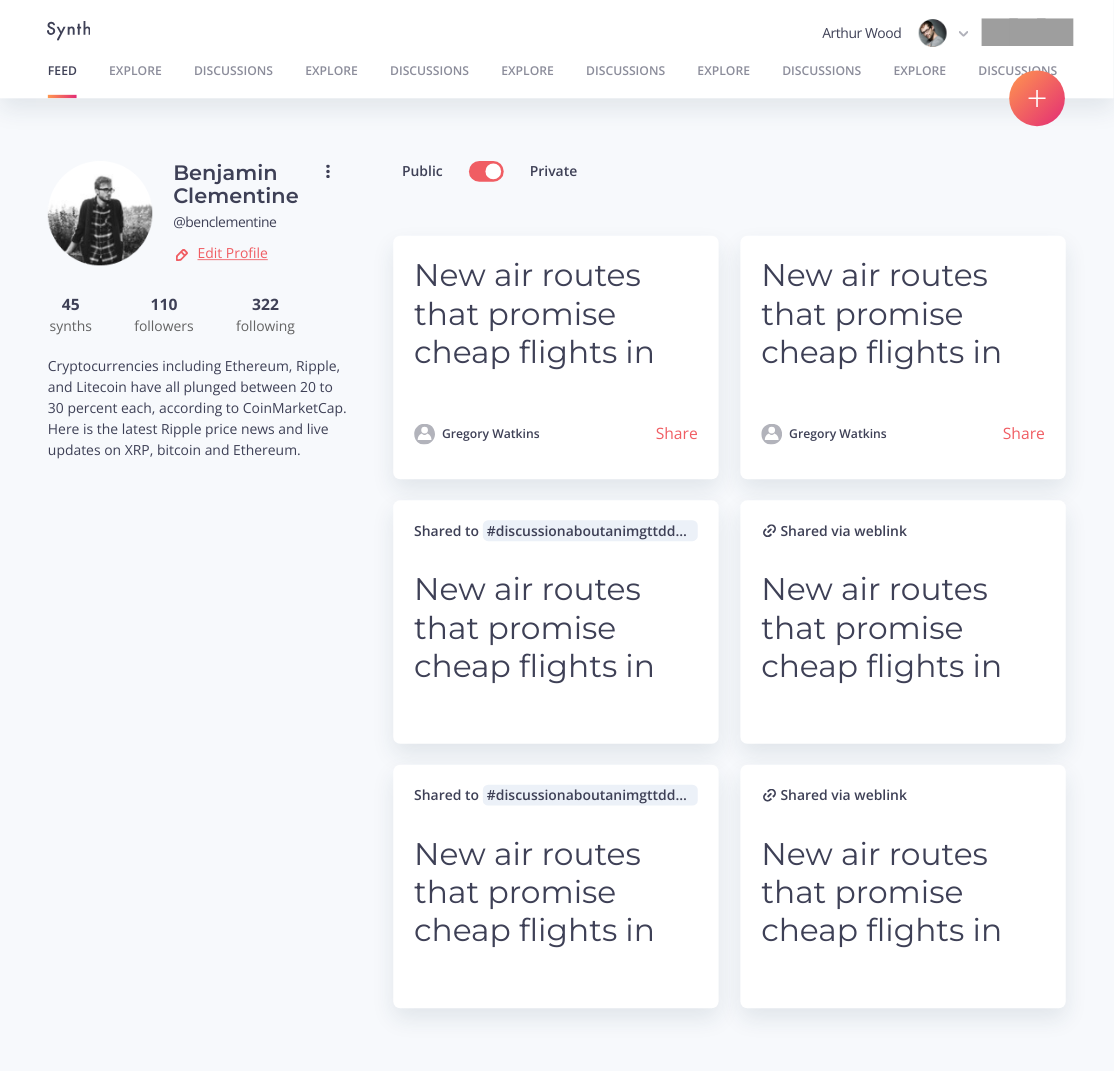
Repository: ecspetra/swivl-test-task
Page: index.html
The author's editor kept a copy of each file at every save. The page is drawn from the files as they stood at one save, then again after the next save.
The browser window is 1280 px wide. The pictures show the whole page, at 87% of full size.
Pictures or frames that could not be fetched are drawn as grey boxes. The style sheet was rebuilt from its Sass, Less or Tailwind sources for each picture, by a compiler version that may differ from the author's.

Above is the page before, as saved 2021-12-11 10:56:02.

### index.html
<!DOCTYPE html>
<html lang="en">

<head>
    <meta charset="UTF-8">
    <meta http-equiv="X-UA-Compatible" content="IE=edge">
    <meta name="viewport" content="width=device-width, initial-scale=1.0">
    <link rel="stylesheet" href="css/style.css">
    <link rel="preconnect" href="https://fonts.googleapis.com">
    <link rel="preconnect" href="https://fonts.gstatic.com" crossorigin>
    <link
        href="https://fonts.googleapis.com/css2?family=Montserrat:wght@400;600&family=Open+Sans:wght@400;600;700&display=swap"
        rel="stylesheet">
    <script src="https://code.jquery.com/jquery-3.6.0.min.js"
        integrity="sha256-/xUj+3OJU5yExlq6GSYGSHk7tPXikynS7ogEvDej/m4=" crossorigin="anonymous"></script>
    <title>Synth User Profile</title>
</head>

<body>
    <header>
        <div class="header">
            <div class="header__logo-wrapper">
                <img class="header__logo" src="img/synth-logotype.svg" alt="synth-logotype">
            </div>
            <div class="header__profile">
                <div class="header__user">
                    <p class="header__username">Arthur Wood</p>
                    <div class="header__avatar-wrapper">
                        <img class="header__avatar" src="img/header-avatar.png" alt="avatar">
                    </div>
                </div>
                <div class="header__icons">
                    <div class="header__icon-wrapper">
                        <img class="header__notifications-icon" src="img/notifications.svg" alt="notifications">
                    </div>
                    <div class="header__icon-wrapper">
                        <img class="header__share-icon" src="img/share.svg" alt="share">
                    </div>
                    <div class="header__icon-wrapper">
                        <img class="header__medium-icon" src="img/medium.svg" alt="medium">
                    </div>
                </div>
            </div>
            <div class="header__btn-wrapper">
                <button class="header__btn">
                    <img class="header__plus-icon" src="img/plus-icon.svg" alt="plus-btn">
                </button>
            </div>
        </div>
        <div class="header__navigation-wrapper">
            <nav class="header__navigation">
                <ul class="navigation-list">
                    <li><a href="#" class="navigation-list__item navigation-list__item__active">Feed</a></li>
                    <li><a href="#" class="navigation-list__item">Explore</a></li>
                    <li><a href="#" class="navigation-list__item">Discussions</a></li>
                    <li><a href="#" class="navigation-list__item">Explore</a></li>
                    <li><a href="#" class="navigation-list__item">Discussions</a></li>
                    <li><a href="#" class="navigation-list__item">Explore</a></li>
                    <li><a href="#" class="navigation-list__item">Discussions</a></li>
                    <li><a href="#" class="navigation-list__item">Explore</a></li>
                    <li><a href="#" class="navigation-list__item">Discussions</a></li>
                    <li><a href="#" class="navigation-list__item">Explore</a></li>
                    <li><a href="#" class="navigation-list__item">Discussions</a></li>
                </ul>
            </nav>
        </div>
    </header>
    <main>
        <section>
            <div class="profile">
                <div class="profile__user-details">
                    <div class="profile__general">
                        <div class="profile__avatar-wrapper">
                            <img class="profile__avatar" src="img/profile-avatar.png" alt="avatar">
                        </div>
                        <div class="profile__name-wrapper">
                            <h2 class="profile__name">Benjamin Clementine</h2>
                            <div class="profile__dots-wrapper">
                                <img class="profile__dots" src="img/dots.svg" alt="show-actions">
                                <div class="profile__dots-content-wrapper">
                                    <div class="profile__dots-content">
                                        <ul class="profile__dots-options-list">
                                            <li class="profile__dots-option-wrapper"><a class="profile__dots-option"
                                                    id="report-user" href="#">Report User</a></li>
                                            <li class="profile__dots-option-wrapper"><a class="profile__dots-option"
                                                    id="block-user" href="#">Block User</a></li>
                                        </ul>
                                    </div>
                                </div>

                            </div>
                        </div>
                        <p class="profile__instagram">@benclementine</p>
                        <div class="profile__edit-btn-wrapper">
                            <a class="profile__edit-btn" href="#">Edit Profile</a>
                        </div>
                    </div>
                    <div class="profile__statistics">
                        <p class="profile__synths"><span>45</span><br>synths</p>
                        <p class="profile__followers"><span>110</span><br>followers</p>
                        <p class="profile__following"><span>322</span><br>following</p>
                    </div>
                    <p class="profile__description">Cryptocurrencies including Ethereum, Ripple, and Litecoin have all
                        plunged between 20 to 30 percent each, according to CoinMarketCap. Here is the latest Ripple
                        price news and live updates on XRP, bitcoin and Ethereum.</p>
                </div>
                <div class="profile__switcher-wrapper">
                    <div class="profile__switcher">
                        <p class="profile__switcher-option off-option">Public</p>
                        <div class="switcher">
                            <label class="switcher__label">
                                <input class="switcher__checkbox" type="checkbox" checked>
                                <span class="switcher__slider"></span>
                            </label>
                        </div>
                        <p class="profile__switcher-option on-option">Private</p>
                    </div>
                </div>
                <div class="profile__cards-wrapper">
                    <article class="profile-card">
                        <h1 class="profile-card__headline">New air routes that promise cheap flights in</h1>
                        <div class="profile-card__bottom">
                            <div class="profile-card__author-wrapper">
                                <div class="profile-card__author-photo">
                                    <img class="profile-card__author" src="img/user-default.svg" alt="author">
                                </div>
                                <a class="profile-card__author-name" href="#">Gregory Watkins</a>
                            </div>
                            <div class="profile-card__actions-wrapper">
                                <div class="profile-card__share-wrapper">
                                    <a class="profile-card__share-link" href="#">Share</a>
                                </div>
                            </div>
                        </div>
                    </article>
                    <article class="profile-card">
                        <h1 class="profile-card__headline">New air routes that promise cheap flights in</h1>
                        <div class="profile-card__bottom">
                            <div class="profile-card__author-wrapper">
                                <div class="profile-card__author-photo">
                                    <img class="profile-card__author" src="img/user-default.svg" alt="author">
                                </div>
                                <a class="profile-card__author-name" href="#">Gregory Watkins</a>
                            </div>
                            <div class="profile-card__actions-wrapper">
                                <div class="profile-card__share-wrapper">
                                    <a class="profile-card__share-link" href="#">Share</a>
                                </div>
                            </div>
                        </div>
                    </article>
                    <article class="profile-card">
                        <p class="profile-card__top">Shared to <span>#discussionaboutanimgttddddddd</span></p>
                        <h1 class="profile-card__headline">New air routes that promise cheap flights in</h1>
                        <!-- <div class="profile-card__bottom">
                            <div class="profile-card__author-wrapper">
                                <div class="profile-card__author-photo">
                                    <img class="profile-card__author" src="img/user-default.svg" alt="author">
                                </div>
                                <a class="profile-card__author-name" href="#">Gregory Watkins</a>
                            </div>
                            <div class="profile-card__actions-wrapper">
                                <div class="profile-card__icon-wrapper">
                                    <img class="profile-card__icon" src="img/icon_view.svg" alt="view-icon">
                                    <p class="profile-card__icon-counter">88</p>
                                </div>
                                <div class="profile-card__icon-wrapper">
                                    <img class="profile-card__icon" src="img/icon-like.svg" alt="like-icon">
                                    <p class="profile-card__icon-counter">24</p>
                                </div>
                            </div>
                        </div> -->
                    </article>
                    <article class="profile-card">
                        <p class="profile-card__top weblink-shared">Shared via weblink</p>
                        <h1 class="profile-card__headline">New air routes that promise cheap flights in</h1>
                        <!-- <div class="profile-card__bottom">
                            <div class="profile-card__author-wrapper">
                                <div class="profile-card__author-photo">
                                    <img class="profile-card__author" src="img/user-default.svg" alt="author">
                                </div>
                                <a class="profile-card__author-name" href="#">Gregory Watkins</a>
                            </div>
                            <div class="profile-card__actions-wrapper">
                                <div class="profile-card__icon-wrapper">
                                    <img class="profile-card__icon" src="img/icon_view.svg" alt="view-icon">
                                    <p class="profile-card__icon-counter">88</p>
                                </div>
                                <div class="profile-card__icon-wrapper">
                                    <img class="profile-card__icon" src="img/icon-like.svg" alt="like-icon">
                                    <p class="profile-card__icon-counter">24</p>
                                </div>
                            </div>
                        </div> -->
                    </article>
                    <article class="profile-card">
                        <p class="profile-card__top">Shared to <span>#discussionaboutanimgttddddddd</span></p>
                        <h1 class="profile-card__headline">New air routes that promise cheap flights in</h1>
                        <!-- <div class="profile-card__bottom">
                            <div class="profile-card__author-wrapper">
                                <div class="profile-card__author-photo">
                                    <img class="profile-card__author" src="img/user-default.svg" alt="author">
                                </div>
                                <a class="profile-card__author-name" href="#">Gregory Watkins</a>
                            </div>
                            <div class="profile-card__actions-wrapper">
                                <div class="profile-card__icon-wrapper">
                                    <img class="profile-card__icon" src="img/icon_view.svg" alt="view-icon">
                                    <p class="profile-card__icon-counter">88</p>
                                </div>
                                <div class="profile-card__icon-wrapper">
                                    <img class="profile-card__icon" src="img/icon-like.svg" alt="like-icon">
                                    <p class="profile-card__icon-counter">24</p>
                                </div>
                            </div>
                        </div> -->
                    </article>
                    <article class="profile-card">
                        <p class="profile-card__top weblink-shared">Shared via weblink</p>
                        <h1 class="profile-card__headline">New air routes that promise cheap flights in</h1>
                        <!-- <div class="profile-card__bottom">
                            <div class="profile-card__author-wrapper">
                                <div class="profile-card__author-photo">
                                    <img class="profile-card__author" src="img/user-default.svg" alt="author">
                                </div>
                                <a class="profile-card__author-name" href="#">Gregory Watkins</a>
                            </div>
                            <div class="profile-card__actions-wrapper">
                                <div class="profile-card__icon-wrapper">
                                    <img class="profile-card__icon" src="img/icon_view.svg" alt="view-icon">
                                    <p class="profile-card__icon-counter">88</p>
                                </div>
                                <div class="profile-card__icon-wrapper">
                                    <img class="profile-card__icon" src="img/icon-like.svg" alt="like-icon">
                                    <p class="profile-card__icon-counter">24</p>
                                </div>
                            </div>
                        </div> -->
                    </article>
                </div>
            </div>
        </section>
    </main>

    <script src="js/script.js"></script>
</body>

</html>

Loaded but not shown: js/script.js (13 lines, source omitted); scss/style.scss (863 lines, source omitted)

After the next save:
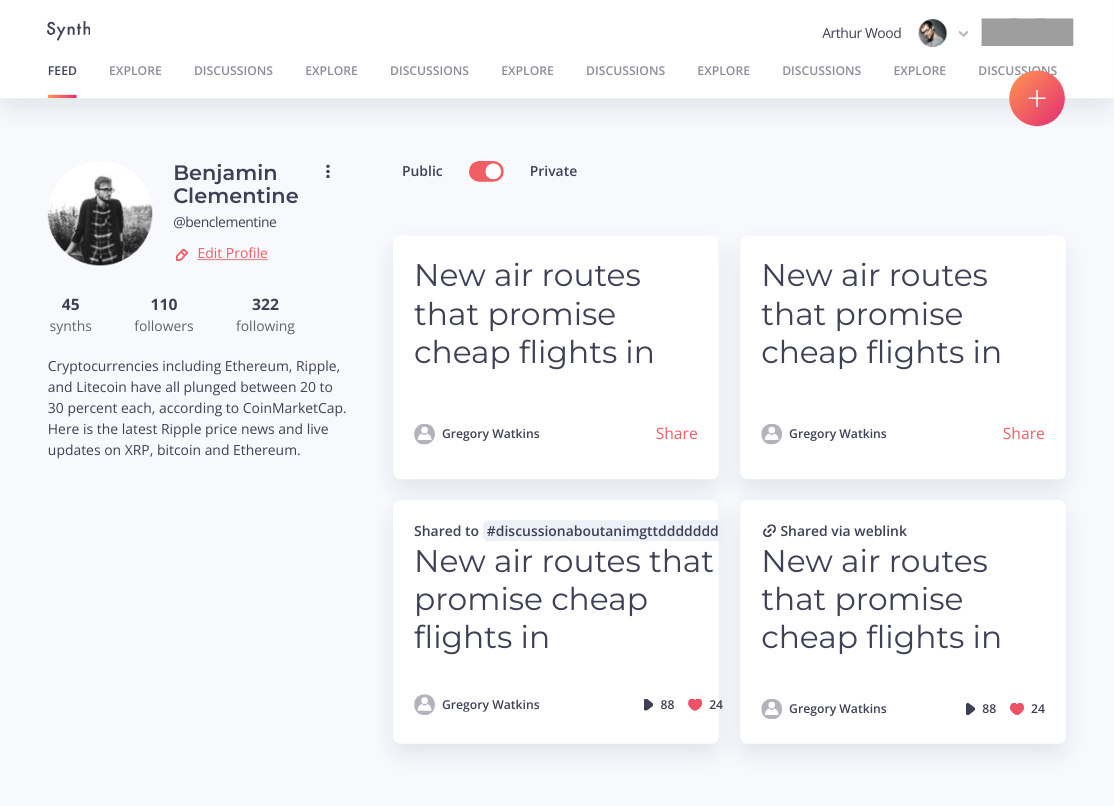
Saved 39 s later.
--- a/index.html
+++ b/index.html
@@ -149,10 +149,10 @@
                             </div>
                         </div>
                     </article>
-                    <article class="profile-card">
+                    <!-- <article class="profile-card">
                         <p class="profile-card__top">Shared to <span>#discussionaboutanimgttddddddd</span></p>
                         <h1 class="profile-card__headline">New air routes that promise cheap flights in</h1>
-                        <!-- <div class="profile-card__bottom">
+                        <div class="profile-card__bottom">
                             <div class="profile-card__author-wrapper">
                                 <div class="profile-card__author-photo">
                                     <img class="profile-card__author" src="img/user-default.svg" alt="author">
@@ -169,12 +169,12 @@
                                     <p class="profile-card__icon-counter">24</p>
                                 </div>
                             </div>
-                        </div> -->
+                        </div>
                     </article>
                     <article class="profile-card">
                         <p class="profile-card__top weblink-shared">Shared via weblink</p>
                         <h1 class="profile-card__headline">New air routes that promise cheap flights in</h1>
-                        <!-- <div class="profile-card__bottom">
+                        <div class="profile-card__bottom">
                             <div class="profile-card__author-wrapper">
                                 <div class="profile-card__author-photo">
                                     <img class="profile-card__author" src="img/user-default.svg" alt="author">
@@ -191,12 +191,37 @@
                                     <p class="profile-card__icon-counter">24</p>
                                 </div>
                             </div>
-                        </div> -->
-                    </article>
-                    <article class="profile-card">
-                        <p class="profile-card__top">Shared to <span>#discussionaboutanimgttddddddd</span></p>
-                        <h1 class="profile-card__headline">New air routes that promise cheap flights in</h1>
-                        <!-- <div class="profile-card__bottom">
+                        </div>
+                    </article> -->
+                    <article class="profile-card">
+                        <div class="">
+                            <p class="profile-card__top">Shared to <span>#discussionaboutanimgttddddddd</span></p>
+                            <h1 class="profile-card__headline">New air routes that promise cheap flights in</h1>
+                            <div class="profile-card__bottom">
+                                <div class="profile-card__author-wrapper">
+                                    <div class="profile-card__author-photo">
+                                        <img class="profile-card__author" src="img/user-default.svg" alt="author">
+                                    </div>
+                                    <a class="profile-card__author-name" href="#">Gregory Watkins</a>
+                                </div>
+                                <div class="profile-card__actions-wrapper">
+                                    <div class="profile-card__icon-wrapper">
+                                        <img class="profile-card__icon" src="img/icon_view.svg" alt="view-icon">
+                                        <p class="profile-card__icon-counter">88</p>
+                                    </div>
+                                    <div class="profile-card__icon-wrapper">
+                                        <img class="profile-card__icon" src="img/icon-like.svg" alt="like-icon">
+                                        <p class="profile-card__icon-counter">24</p>
+                                    </div>
+                                </div>
+                            </div>
+                        </div>
+
+                    </article>
+                    <article class="profile-card">
+                        <p class="profile-card__top weblink-shared">Shared via weblink</p>
+                        <h1 class="profile-card__headline">New air routes that promise cheap flights in</h1>
+                        <div class="profile-card__bottom">
                             <div class="profile-card__author-wrapper">
                                 <div class="profile-card__author-photo">
                                     <img class="profile-card__author" src="img/user-default.svg" alt="author">
@@ -213,29 +238,7 @@
                                     <p class="profile-card__icon-counter">24</p>
                                 </div>
                             </div>
-                        </div> -->
-                    </article>
-                    <article class="profile-card">
-                        <p class="profile-card__top weblink-shared">Shared via weblink</p>
-                        <h1 class="profile-card__headline">New air routes that promise cheap flights in</h1>
-                        <!-- <div class="profile-card__bottom">
-                            <div class="profile-card__author-wrapper">
-                                <div class="profile-card__author-photo">
-                                    <img class="profile-card__author" src="img/user-default.svg" alt="author">
-                                </div>
-                                <a class="profile-card__author-name" href="#">Gregory Watkins</a>
-                            </div>
-                            <div class="profile-card__actions-wrapper">
-                                <div class="profile-card__icon-wrapper">
-                                    <img class="profile-card__icon" src="img/icon_view.svg" alt="view-icon">
-                                    <p class="profile-card__icon-counter">88</p>
-                                </div>
-                                <div class="profile-card__icon-wrapper">
-                                    <img class="profile-card__icon" src="img/icon-like.svg" alt="like-icon">
-                                    <p class="profile-card__icon-counter">24</p>
-                                </div>
-                            </div>
-                        </div> -->
+                        </div>
                     </article>
                 </div>
             </div>
